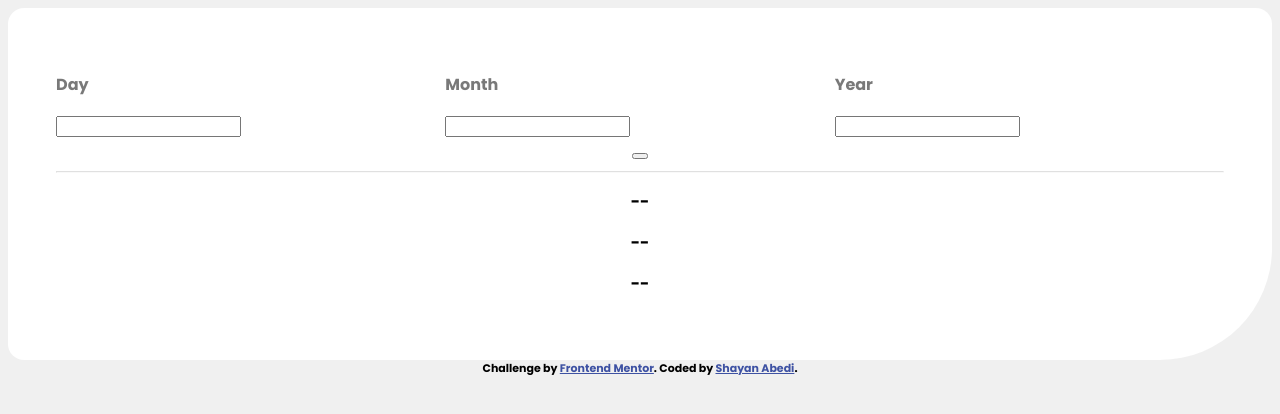
Repository: shayanabedi98/age-calculator
Page: index.html
An editor plug-in stored every save of this project. The page is shown before and after the next save, followed by the edit.
The browser window is 1280 px wide. The pictures show the whole page.

Above is the page before, as saved 2023-09-18 19:16:26.

### index.html
<!DOCTYPE html>
<html lang="en">
<head>
  <meta charset="UTF-8">
  <meta name="viewport" content="width=device-width, initial-scale=1.0">
  <link rel="icon" type="image/png" sizes="32x32" href="./assets/images/favicon-32x32.png">
  <link rel="stylesheet" href="styles.css">
  <title>Frontend Mentor | Age calculator app</title>
</head>
<body>

  <div class="grid-container">
    <div class="dob">
      <div class="day">
        <p>Day</p>
        <input type="text">
      </div>
      <div class="month">
        <p>Month</p>
        <input type="text">
      </div>
      <div class="year">
        <p>Year</p>
        <input type="text">
      </div>
    </div>
    <div class="calculate">
      <button></button>
    </div>
    <hr>
    <div>
      <p id="age-year">--</p>
      <p id="age-month">--</p>
      <p id="age-day">--</p>
    </div>
  </div>

  <div class="attribution">
    Challenge by <a href="https://www.frontendmentor.io?ref=challenge" target="_blank">Frontend Mentor</a>.
    Coded by <a href="#">Shayan Abedi</a>.
  </div>
  <script src="index.js"></script>
</body>
</html>

### styles.css
@font-face {
    font-family: Poppins-Bold;
    src: url(./assets/fonts/Poppins-Bold.ttf);
}



body {
    font-family: 'Poppins-Bold', sans-serif;
    background-color: rgba(240,240,240,255);
    display: grid;
    grid-template-columns: 1fr;
    justify-content: center;
}

.grid-container {
    background-color: white;
    border-radius: 1em 1em 7em 1em;
    padding: 3em;
    text-align: center;
}

.dob {
    display: grid;
    grid-template-columns: 1fr 1fr 1fr;
    text-align: start;
}

.dob p {
    color: rgba(121,121,121,255);
}



hr {
    opacity: 30%;
}

.attribution {
    font-size: 11px; text-align: center;
}

.attribution a {
    color: hsl(228, 45%, 44%);
}

Loaded but not shown: index.js (common file)

After the next save:
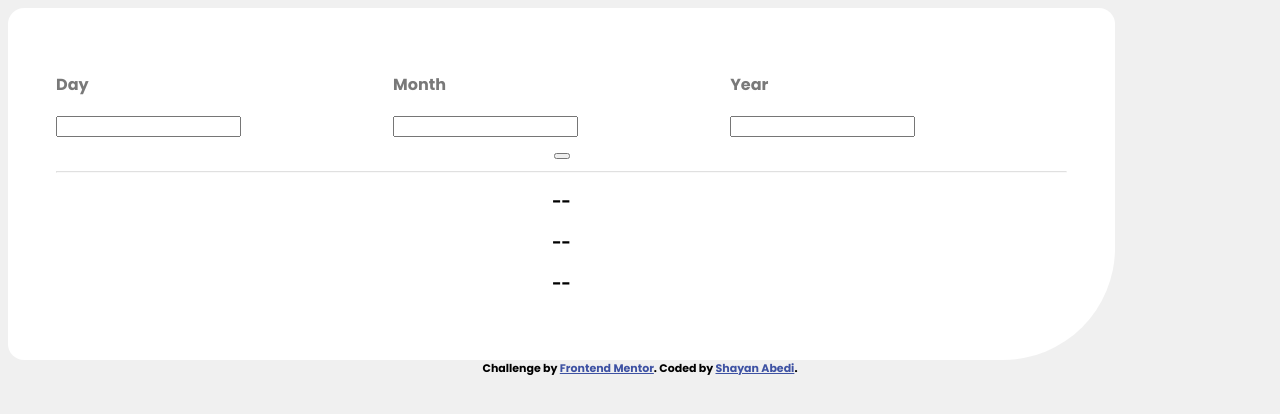
Saved 23 s later.
--- a/styles.css
+++ b/styles.css
@@ -18,6 +18,7 @@ body {
     border-radius: 1em 1em 7em 1em;
     padding: 3em;
     text-align: center;
+    width: 80%;
 }
 
 .dob {
